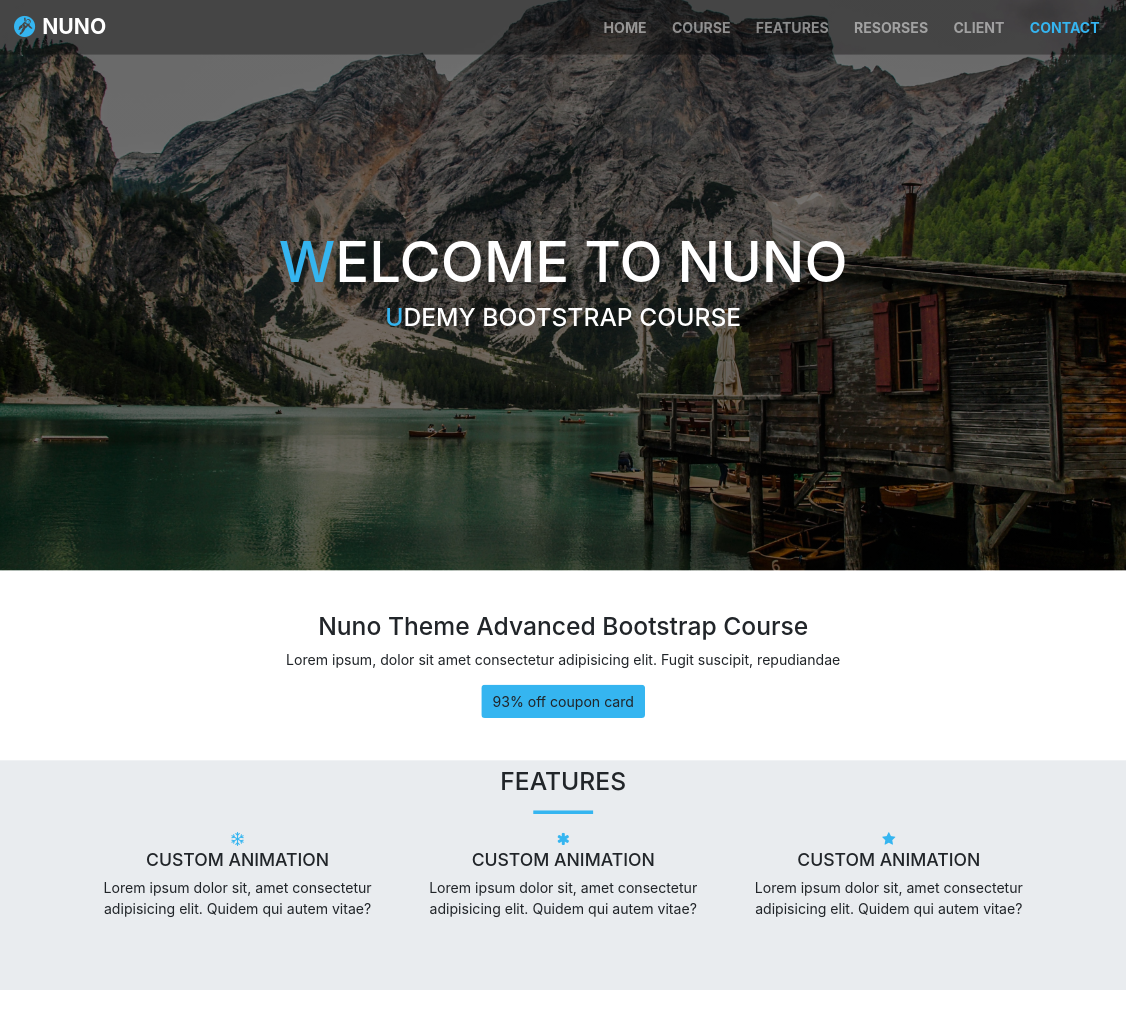
Repository: Mietlicha/bootstrap_template_exercise
Page: index.html
The author's editor kept a copy of each file at every save. The page is drawn from the files as they stood at one save, then again after the next save.
The browser window is 1280 px wide. The pictures show the whole page, at 88% of full size.

Above is the page before, as saved 2019-11-19 20:31:32.

### index.html
<!DOCTYPE html>
<html lang="en">

<head>
    <meta charset="UTF-8">
    <meta name="viewport" content="width=device-width, initial-scale=1.0">
    <meta http-equiv="X-UA-Compatible" content="ie=edge">
    <title>Bootstrap template</title>
    <link rel="stylesheet" href="https://stackpath.bootstrapcdn.com/bootstrap/4.3.1/css/bootstrap.min.css"
        integrity="sha384-ggOyR0iXCbMQv3Xipma34MD+dH/1fQ784/j6cY/iJTQUOhcWr7x9JvoRxT2MZw1T" crossorigin="anonymous">
    <link rel="stylesheet" href="style.css">
    <link rel="stylesheet" href="https://cdnjs.cloudflare.com/ajax/libs/font-awesome/4.7.0/css/font-awesome.min.css">
</head>

<body data-spy="scroll" data-target="#main-nav">
    <!--------------------nav/home-------------------------------------------------------------------->
    <nav id="main-nav" class="navbar navbar-expand-md navbar-dark bg-dark font-weight-bold fixed-top">
        <a class="navbar-brand" href="#"><i class="fa fa-grav mr-2" aria-hidden="true"></i>Nuno</a>
        <button class="navbar-toggler" type="button" data-toggle="collapse" data-target="#navbarSupportedContent"
            aria-controls="navbarSupportedContent" aria-expanded="false" aria-label="Toggle navigation">
            <span class="navbar-toggler-icon"></span>
        </button>

        <div class="collapse navbar-collapse" id="navbarSupportedContent">
            <ul class="navbar-nav ml-auto">
                <li class="nav-item">
                    <a class="nav-link" href="#home">Home</a>
                </li>
                <li class="nav-item">
                    <a class="nav-link" href="#course">Course</a>
                </li>
                <li class="nav-item">
                    <a class="nav-link" href="#feature">Features</a>
                </li>
                <li class="nav-item">
                    <a class="nav-link" href="#resourses">Resorses</a>
                </li>
                <li class="nav-item">
                    <a class="nav-link" href="#client">Client</a>
                </li>
                <li class="nav-item">
                    <a class="nav-link" href="#contact">Contact</a>
                </li>
        </div>
    </nav>
<!--------------------main----------------------------------------------------------------->
<main>
    <!--------------------home-------------------->
    <section id="home">
        <div class="home--landing-page">
        </div>
        <div class="home--caption">
            <h1>Welcome to Nuno</h1>
            <h3>Udemy bootstrap course</h3>
        </div>
    </section>

    <!--------------------corse-------------------->
    <section id="course" class="container text-center mt-5 mb-5">
        <header><h3>Nuno Theme Advanced Bootstrap Course</h3></header>
        <p>Lorem ipsum, dolor sit amet consectetur adipisicing elit. Fugit suscipit, repudiandae
        </p>
        <a href="#" class="btn btn-md" target="_blnk">93% off coupon card</a>
    </section>
    <!--------------------feature-------------------->
    <section id="feature">
            <div class="jumbotron jumbotron-fluid text-center pt-2">
                    <header><h3>features</h3></header>
                    <hr>
                    <div class="container d-md-flex">
                        <div class="feature-item col-md-4">
                            <i class="fa fa-snowflake-o" aria-hidden="true"></i>
                            <h5>custom animation</h5>
                            <p>Lorem ipsum dolor sit, amet consectetur adipisicing elit. Quidem qui autem vitae?</p>
                        </div>
                        <div class="feature-item col-md-4">
                                <i class="fa fa-asterisk" aria-hidden="true"></i>
                                <h5>custom animation</h5>
                                <p>Lorem ipsum dolor sit, amet consectetur adipisicing elit. Quidem qui autem vitae?</p>
                        </div>
                        <div class="feature-item col-md-4">
                                <i class="fa fa-star" aria-hidden="true"></i>
                                <h5>custom animation</h5>
                                <p>Lorem ipsum dolor sit, amet consectetur adipisicing elit. Quidem qui autem vitae?</p>
                        </div>
                    </div>
                  </div>
    </section>
    <!--------------------Resourses-------------------->
    <section id="resourses">

    </section>
    <!--------------------Client-------------------->
    <section id="client">

    </section>
    <!--------------------Contact-------------------->
    <section id="contact">

    </section>
</main>

    <script src="https://code.jquery.com/jquery-3.3.1.slim.min.js"
        integrity="sha384-q8i/X+965DzO0rT7abK41JStQIAqVgRVzpbzo5smXKp4YfRvH+8abtTE1Pi6jizo"
        crossorigin="anonymous"></script>
    <script src="https://cdnjs.cloudflare.com/ajax/libs/popper.js/1.14.7/umd/popper.min.js"
        integrity="sha384-UO2eT0CpHqdSJQ6hJty5KVphtPhzWj9WO1clHTMGa3JDZwrnQq4sF86dIHNDz0W1"
        crossorigin="anonymous"></script>
    <script src="https://stackpath.bootstrapcdn.com/bootstrap/4.3.1/js/bootstrap.min.js"
        integrity="sha384-JjSmVgyd0p3pXB1rRibZUAYoIIy6OrQ6VrjIEaFf/nJGzIxFDsf4x0xIM+B07jRM"
        crossorigin="anonymous"></script>
</body>

</html>

### style.css
:root{
--main-colour: rgb(53, 181, 240);
font-size: 14px;
}

body{
    position: relative;
}

/************************NAV******************************************/
.bg-dark {
    background-color: #0a0a0a60!important;
}

.navbar-dark .navbar-nav .nav-link:hover{
    color: rgb(255, 255, 255);
}

.nav-link{
    padding: 0 7rem;
}

#main-nav {
text-transform: uppercase;
}

#main-nav .navbar-brand{
    font-size: 1.5rem;
}

#main-nav .navbar-brand i{
    color: var(--main-colour);
}

.navbar-dark .navbar-nav .nav-link.active{
    color: var(--main-colour);
    font-weight: bold;
}

.navbar-dark .navbar-nav .nav-link{
    padding-top: .9rem;
}

/*Nav*/
@media (min-width: 500px){
:root{
    font-size: 16px;
}

@media (min-width: 768px){
.navbar-expand-md .navbar-nav .nav-link {
    padding-right: .9rem;
    padding-left: .9rem;
    padding-top: 0;
}
}

/************************Home******************************************/
#home{
    position: relative;
}

.home--landing-page{
    background: linear-gradient(rgba(0, 0, 0, 0.534), rgba(0, 0, 0, 0.534)), url(img/tlo.jpg) center/cover no-repeat;
    width: 100vw;
    height: 90vh;
}

.home--caption{
    width: 100%;
    position: absolute;
    top: 40%;
    z-index: 3;
    text-align: center;
    color: #fff;
    text-transform: uppercase;
}

.home--caption h1{
    font-size: 4rem;
}

.home--caption h1::first-letter, .home--caption h3::first-letter{
    color: var(--main-colour);
}

/************************Course******************************************/
#course .btn{
    background-color: var(--main-colour);
}

/************************Feature******************************************/
#feature hr{
width: 5%;
border: 2px solid var(--main-colour);
}

#feature i{
    color: var(--main-colour);
}

#feature .feature-item h5, #feature header{
    text-transform: uppercase;
}

@media (min-width: 576px)
.jumbotron {
    padding: 12rem 2rem;
}

After the next save:
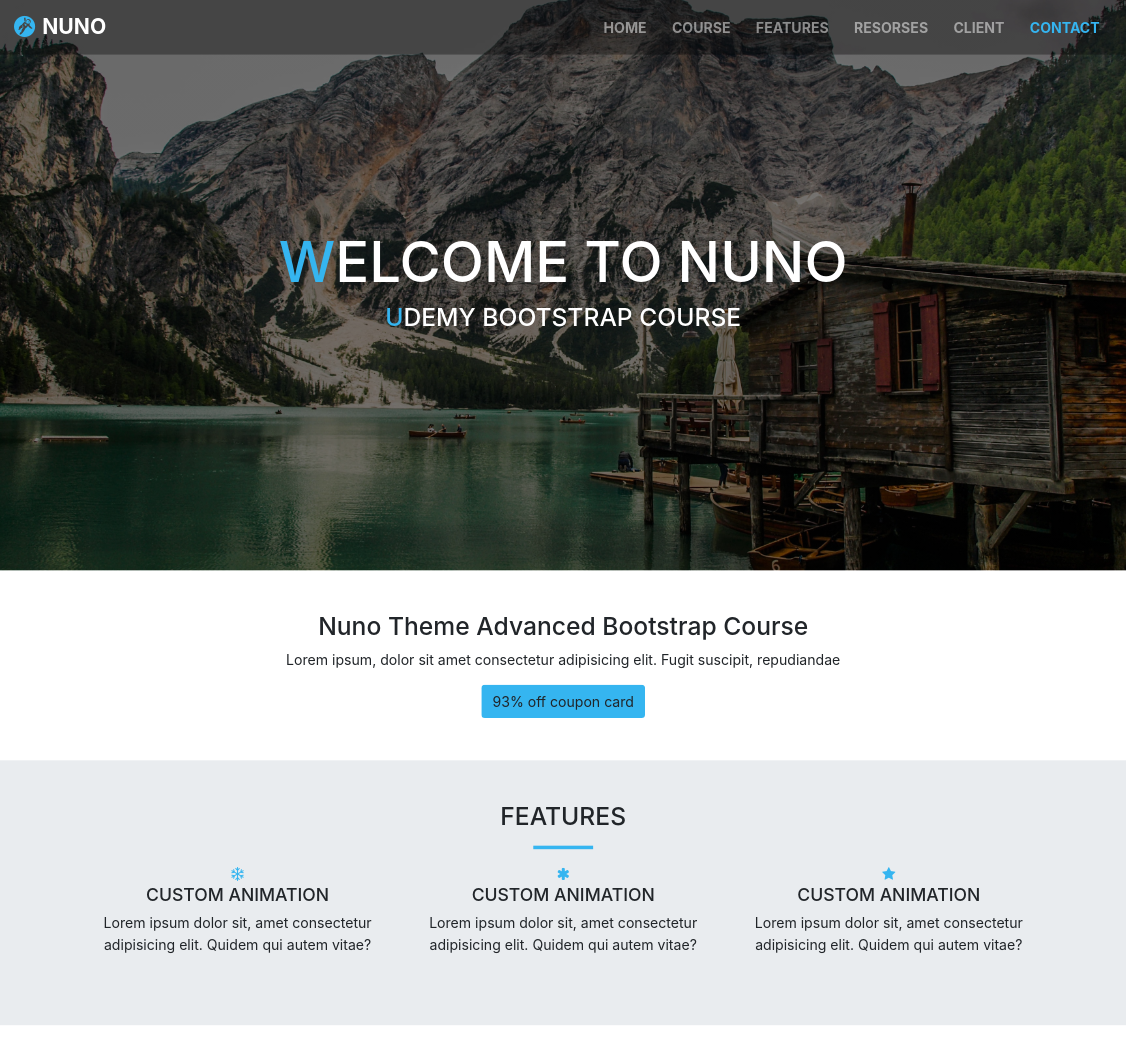
Saved 5 s later.
--- a/index.html
+++ b/index.html
@@ -64,7 +64,7 @@
     </section>
     <!--------------------feature-------------------->
     <section id="feature">
-            <div class="jumbotron jumbotron-fluid text-center pt-2">
+            <div class="jumbotron jumbotron-fluid text-center pt-5">
                     <header><h3>features</h3></header>
                     <hr>
                     <div class="container d-md-flex">
